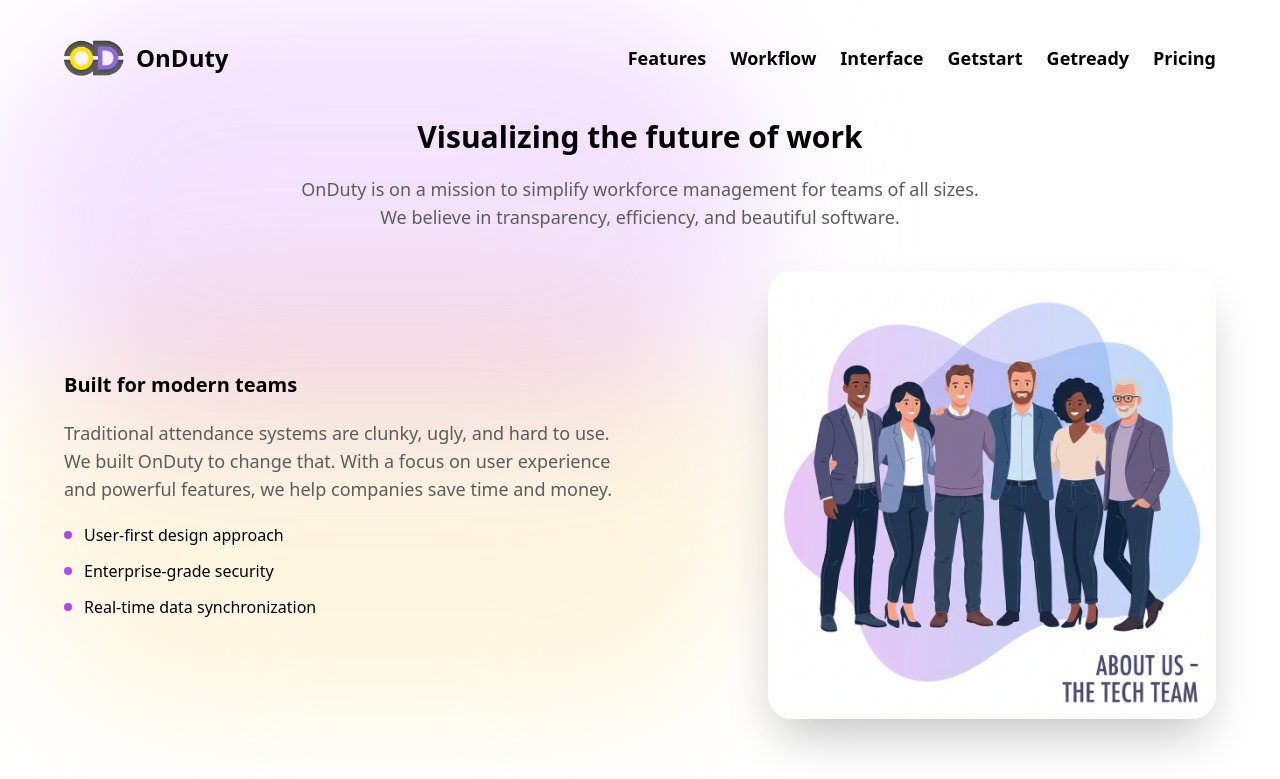
Repository: shekharzorin/ONDUTY-V1
Page: /about
The author's editor kept a copy of each file at every save. The page is drawn from the files as they stood at one save, then again after the next save.
The browser window is 1280 px wide. The pictures show the whole page.
The project was rebuilt for these pictures with package versions that can differ from the ones it lists, and the page was loaded fresh each time. The framework's server and built-in components were replaced by stand-ins that run in the browser. Also part of the build but not shown: next.config.mjs, vite.config.js, app/components/ui/Crossicon.tsx.

Above is the page before, as saved 2026-01-17 16:21:28.

### app/layout.tsx
import type { Metadata } from "next";
import { Geist, Geist_Mono } from "next/font/google";
import "./globals.css";
import Navbar from "./components/header/Navbar";

const geistSans = Geist({
  variable: "--font-geist-sans",
  subsets: ["latin"],
});

const geistMono = Geist_Mono({
  variable: "--font-geist-mono",
  subsets: ["latin"],
});

export const metadata: Metadata = {
  title: "Create Next App",
  description: "Generated by create next app",
};

export default function RootLayout({
  children,
}: Readonly<{
  children: React.ReactNode;
}>) {
  return (
    <html lang="en">
      <body
        className={`${geistSans.variable} ${geistMono.variable} antialiased`}
      >
        <Navbar />
        {children}
      </body>
    </html>
  );
}

### app/about/page.tsx
import About from '../components/sections/about'

const page = () => {
  return (
    <About/>
  )
}

export default page

### app/globals.css
@import "tailwindcss";

:root {
  --color-primary: #8d6bdc;
  --color-secondary: #e0d4ff;
  --color-bg: #efefef;
  --color-sidebar: #ffffff;
  --color-gray: #5d5d5d;
}

html {
  scroll-behavior: smooth;
}




.flip-card {
  perspective: 1000px;
}

.flip-card-inner {
  transform-style: preserve-3d;
}

.flip-card-front,
.flip-card-back {
  position: absolute;
  width:auto;
  height:auto;
  backface-visibility: hidden;
}

.flip-card-back {
  transform: rotateY(180deg);
}

### app/components/header/Navbar.tsx
"use client";

import Logo from "@/public/images/od_logo.png";
import Image from "next/image";
import Link from "next/link";
import { usePathname } from "next/navigation";
import { useEffect, useState } from "react";
import { MdMenu } from "react-icons/md";
import { motion, AnimatePresence } from "framer-motion";
import { useRouter } from "next/navigation";
import Crossicon from "../ui/Crossicon";

export const navLinks = [
  { name: "Features", id: "features" },
  { name: "Workflow", id: "workflow" },
  { name: "Interface", id: "interface" },
  { name: "Getstart", id: "getstart" },
  { name: "Getready", id: "getready" },
  { name: "Pricing", path: "/pricing/" },
];

const Navbar = () => {
  const pathname = usePathname();
  const [isScrolled, setIsScrolled] = useState(false);
  const [isNavOpen, setIsNavOpen] = useState(false);
  const router = useRouter();
  const [activeSection, setActiveSection] = useState<string | null>(null);

  const handleScrollNav = (id: string) => {
    setActiveSection(id);
    router.push(`/#${id}`);
  };

  useEffect(() => {
    if (pathname !== "/") {
      setActiveSection(null);
    }
  }, [pathname]);

  useEffect(() => {
    if (pathname !== "/") return;
    const hash = window.location.hash.replace("#", "");
    if (hash) {
      setActiveSection(hash);
    } else {
      setActiveSection("features");
    }
  }, [pathname]);

  useEffect(() => {
    const handleScroll = () => setIsScrolled(window.scrollY > 20);
    window.addEventListener("scroll", handleScroll);
    return () => window.removeEventListener("scroll", handleScroll);
  }, []);

  useEffect(() => {
    if (isNavOpen) {
      document.body.style.overflow = "hidden";
    } else {
      document.body.style.overflow = "";
    }
    return () => {
      document.body.style.overflow = "";
    };
  }, [isNavOpen]);

  useEffect(() => {
    if (pathname !== "/") return;

    const sections = [
      "features",
      "workflow",
      "interface",
      "getready",
      "getstart",
    ];
    let locked = true;

    const unlock = () => (locked = false);
    window.addEventListener("scroll", unlock, { once: true });

    const observer = new IntersectionObserver(
      (entries) => {
        if (locked) return;

        entries.forEach((entry) => {
          if (entry.isIntersecting) {
            const id = entry.target.id;

            // 1️⃣ Update active state
            setActiveSection(id);

            // 2️⃣ Update URL hash WITHOUT navigation
            router.replace(`/#${id}`, { scroll: false });
          }
        });
      },
      {
        rootMargin: "-45% 0px -45% 0px",
        threshold: 0,
      }
    );

    sections.forEach((id) => {
      const el = document.getElementById(id);
      if (el) observer.observe(el);
    });

    return () => observer.disconnect();
  }, [pathname, router]);

  return (
    <header
      className={`fixed top-0 left-0 right-0 z-50 border-b transition-all ${
        isScrolled
          ? "bg-transparent backdrop-blur-md border-white shadow-lg py-0"
          : "bg-transparent border-transparent py-5"
      }`}
    >
      <div className="mx-auto w-full px-4 sm:px-6 md:px-8 lg:px-12 xl:px-16 2xl:px-24 max-w-384 py-2 flex items-center justify-between">
        <div className="flex gap-2 lg:gap-3 items-center">
          <Image
            src={Logo}
            alt="Onduty Logo"
            height={60}
            width={60}
            className="flex h-10 w-10 md:h-12 md:w-12 lg:h-15 lg:w-15"
          />
          <h1 className="text-2xl lg:text-2xl font-bold">OnDuty</h1>
        </div>

        {/* Desktop Navbar */}
        <nav className="hidden lg:flex gap-6">
          {navLinks.map((item) => {
            // SCROLL ITEM
            if (item.id) {
              return (
                <button
                  key={item.id}
                  onClick={() => handleScrollNav(item.id)}
                  className={`relative lg:font-semibold xl:font-bold text-lg transition-colors duration-300
                    after:absolute after:left-0 after:-bottom-1 after:h-1
                    after:rounded-full after:bg-(--color-primary)
                    after:transition-all after:duration-300
                    ${
                      activeSection === item.id && pathname === "/"
                        ? "text-(--color-primary)"
                        : "after:w-0 hover:after:w-full"
                    }
                  `}
                >
                  {item.name}
                </button>
              );
            }

            // ROUTE ITEM
            const isActive = pathname === item.path;

            return (
              <Link
                key={item.path}
                href={item.path!}
                className={`relative lg:font-semibold xl:font-bold text-lg transition-colors duration-300
                  after:absolute after:left-0 after:-bottom-1 after:h-1
                  after:rounded-full after:bg-(--color-primary)
                  after:transition-all after:duration-300
                  ${
                    isActive
                      ? "text-(--color-primary)"
                      : "after:w-0 hover:after:w-full"
                  }
                `}
              >
                {item.name}
              </Link>
            );
          })}
        </nav>

        <div className="lg:hidden gap-3">
          <div
            onClick={() => setIsNavOpen(true)}
            className="flex p-1 lg:hidden bg-(--color-secondary) rounded-full border-white border justify-center items-center"
          >
            <MdMenu size={28} className="opacity-10 animate-pulse" />
          </div>

          <AnimatePresence>
            {isNavOpen && (
              <motion.div
                className="fixed inset-0 backdrop-blur-sm bg-black/30 flex justify-end h-screen"
                initial={{ opacity: 0 }}
                animate={{ opacity: 1 }}
                exit={{ opacity: 1 }}
                transition={{ duration: 0.6 }}
              >
                {/* Drawer */}
                <motion.div
                  className="relative w-[70%] md:w-[60%] bg-(--color-sidebar) h-full flex items-center"
                  initial={{ x: "100%" }}
                  animate={{ x: 0 }}
                  exit={{ x: "100%" }}
                  onClick={(e: any) => e.stopPropagation()}
                  transition={{
                    duration: 0.35,
                    ease: "easeInOut",
                  }}
                >
                  {/* Close button */}
                  <div className="flex absolute top-7.25 right-4 md:right-8 lg:hidden z-20 ">
                    <Crossicon onClick={() => setIsNavOpen(false)} />
                  </div>

                  {/* Mobile Navbar */}
                  <nav className="flex flex-col gap-10 p-10 mt-10 w-full">
                    {navLinks.map((item) => {
                      if (item.id) {
                        return (
                          <button
                            key={item.id}
                            onClick={() => {
                              handleScrollNav(item.id);
                              setIsNavOpen(false);
                            }}
                            className={`py-2 w-full relative text-lg font-semibold md:font-bold text-left transition-colors
                              ${
                                activeSection === item.id && pathname === "/"
                                  ? "text-(--color-primary)"
                                  : "text-black/80 hover:text-(--color-primary)"
                              }
                            `}
                          >
                            {item.name}
                          </button>
                        );
                      }

                      const isActive = pathname === item.path;

                      return (
                        <Link
                          key={item.path}
                          href={item.path!}
                          onClick={() => setIsNavOpen(false)}
                          className={`relative text-lg font-semibold md:font-bold py-2
                            ${isActive ? "text-(--color-primary)" : ""}
                          `}
                        >
                          {item.name}
                        </Link>
                      );
                    })}
                  </nav>
                </motion.div>
              </motion.div>
            )}
          </AnimatePresence>
        </div>
      </div>
    </header>
  );
};

export default Navbar;

### app/components/sections/about.tsx
import team from "@/public/images/team.png";
import Image from "next/image";

const About = () => {
  return (
    <section className="relative px-4 sm:px-6 md:px-8 lg:px-12 xl:px-16 2xl:px-24 max-w-384 mx-auto">
      {/* Background flare */}
      <div className="absolute top-0 left-1/2 -translate-x-1/2 w-full h-full max-w-7xl pointer-events-none -z-10">
        <div className="absolute top-0 w-[60%] h-[60%] bg-[#eccfff] rounded-full blur-3xl opacity-60 mix-blend-multiply filter" />
        <div className="absolute bottom-0 w-[60%] h-[60%] bg-[#fff0cd] rounded-full blur-3xl opacity-60 mix-blend-multiply filter" />
      </div>
      <div className="flex flex-col gap-10 mb-15">
        <div className="flex flex-col items-center justify-center mt-30 text-center gap-5">
          <p className="text-2xl lg:text-3xl font-bold leading-[1.15]">
            Visualizing the future of work
          </p>
          <p className="md:text-lg text-(--color-gray)">
            OnDuty is on a mission to simplify workforce management for teams of
            all sizes. <br />
            We believe in transparency, efficiency, and beautiful software.
          </p>
        </div>

        <div className="flex flex-col lg:flex-row items-center justify-center lg:justify-between gap-10">
          <div className="flex flex-col gap-5 text-center lg:text-start">
            <p className="font-bold text-xl">Built for modern teams</p>

            <p className="text-balance md:text-lg text-(--color-gray)">
              Traditional attendance systems are clunky, ugly, and hard to use.
              We built OnDuty to change that. With a focus on user experience
              and powerful features, we help companies save time and money.
            </p>

            <div className="flex items-center justify-center lg:justify-start">
              <ul className="space-y-3 flex flex-col items-start justify-center">
                <li className="flex items-start gap-3">
                  <span className="mt-2 w-2 h-2 rounded-full bg-purple-500"></span>
                  <span>User-first design approach</span>
                </li>

                <li className="flex items-start gap-3">
                  <span className="mt-2 w-2 h-2 rounded-full bg-purple-500"></span>
                  <span>Enterprise-grade security</span>
                </li>

                <li className="flex items-start gap-3">
                  <span className="mt-2 w-2 h-2 rounded-full bg-purple-500"></span>
                  <span>Real-time data synchronization</span>
                </li>
              </ul>
            </div>
          </div>

          <Image
            src={team}
            alt="Team Image"
            height={300}
            width={300}
            className="relative rounded-3xl shadow-2xl md:w-sm xl:w-md"
          />
        </div>
      </div>
    </section>
  );
};

export default About;

After the next save:
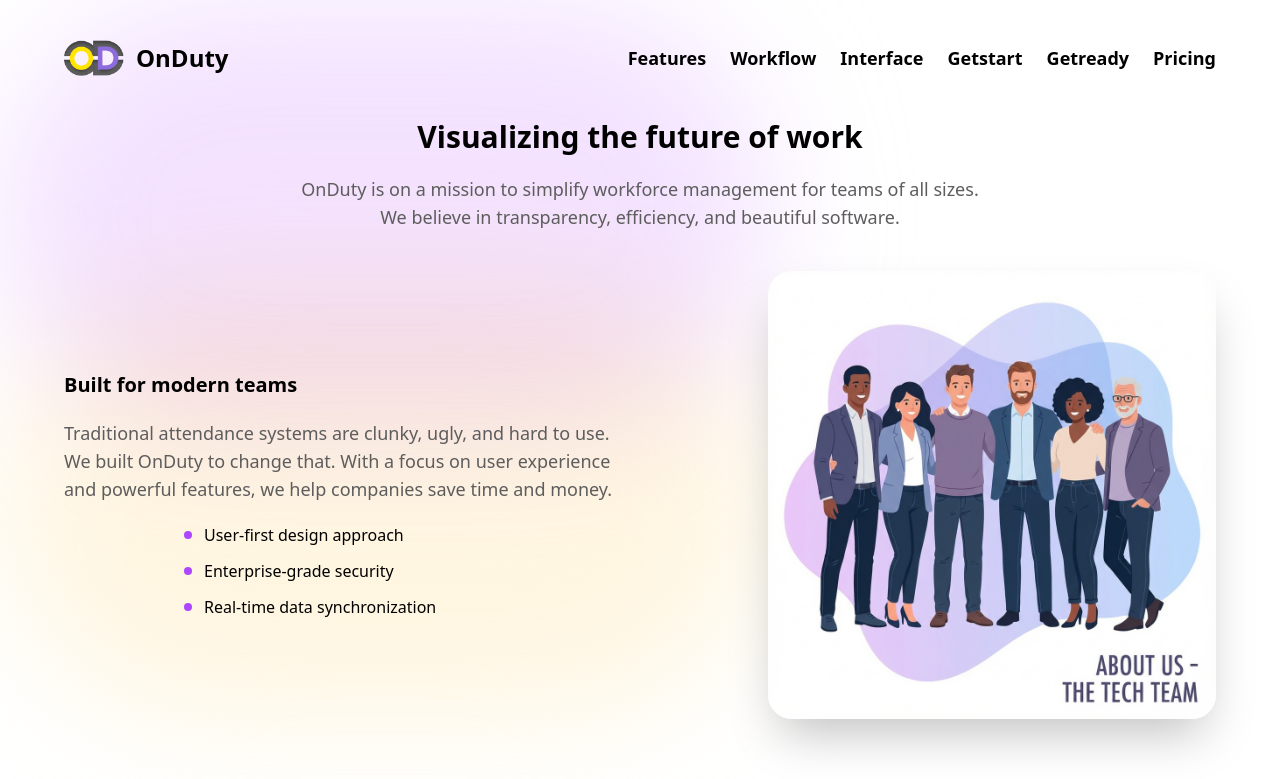
Saved 2 min 23 s later.
--- a/app/components/sections/about.tsx
+++ b/app/components/sections/about.tsx
@@ -31,7 +31,7 @@ const About = () => {
               and powerful features, we help companies save time and money.
             </p>
 
-            <div className="flex items-center justify-center lg:justify-start">
+            <div className="flex items-center justify-center lg:justify-start lg:pl-30">
               <ul className="space-y-3 flex flex-col items-start justify-center">
                 <li className="flex items-start gap-3">
                   <span className="mt-2 w-2 h-2 rounded-full bg-purple-500"></span>
